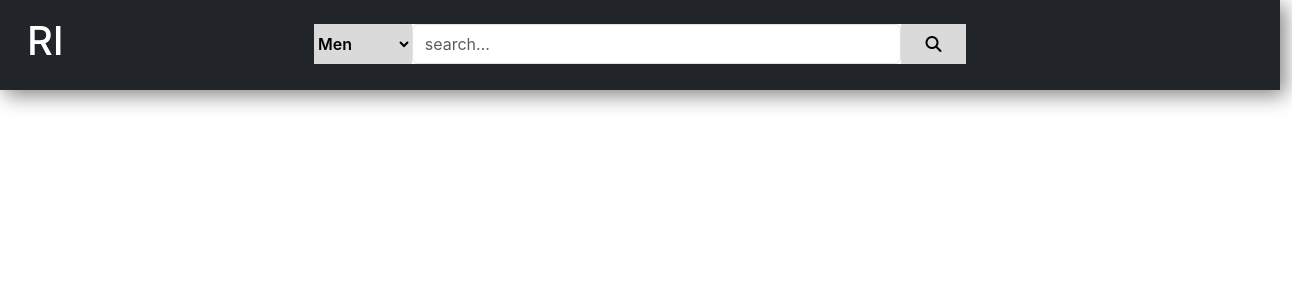
Repository: KodandaraoChellapilli/e-store
Page: /
The author's editor kept a copy of each file at every save. The page is drawn from the files as they stood at one save, then again after the next save.
The browser window is 1280 px wide. The page is 1292 px wide, so the pictures cover 1292 px, including what lies to the right of the window. The pictures show the whole page.
The project was rebuilt for these pictures with package versions that can differ from the ones it lists, and the page was loaded fresh each time.

Above is the page before, as saved 2025-06-05 10:18:29.

After the next save:
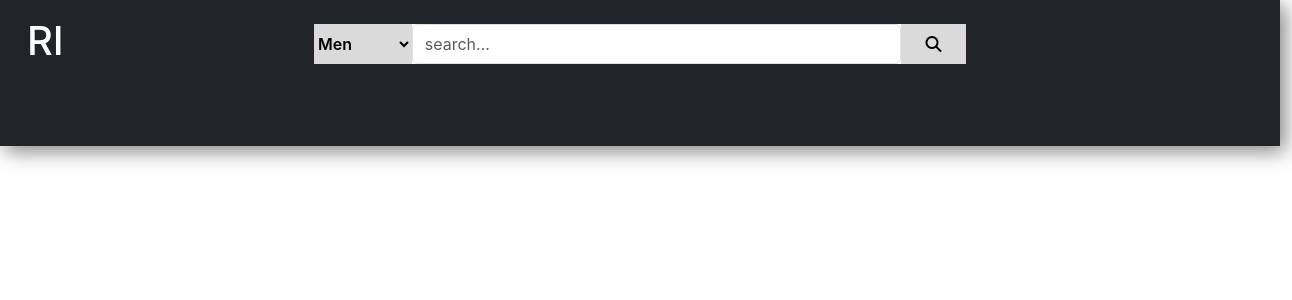
Saved 3 min 15 s later.
--- a/src/App.js
+++ b/src/App.js
@@ -24,7 +24,9 @@ function App() {
 
           </div>
 
-          <div>
+          <div  className = 'login-container'>
+            <i className='fa fa-user-circle'/>
+            <h5>Login</h5>
 
           </div>
 
